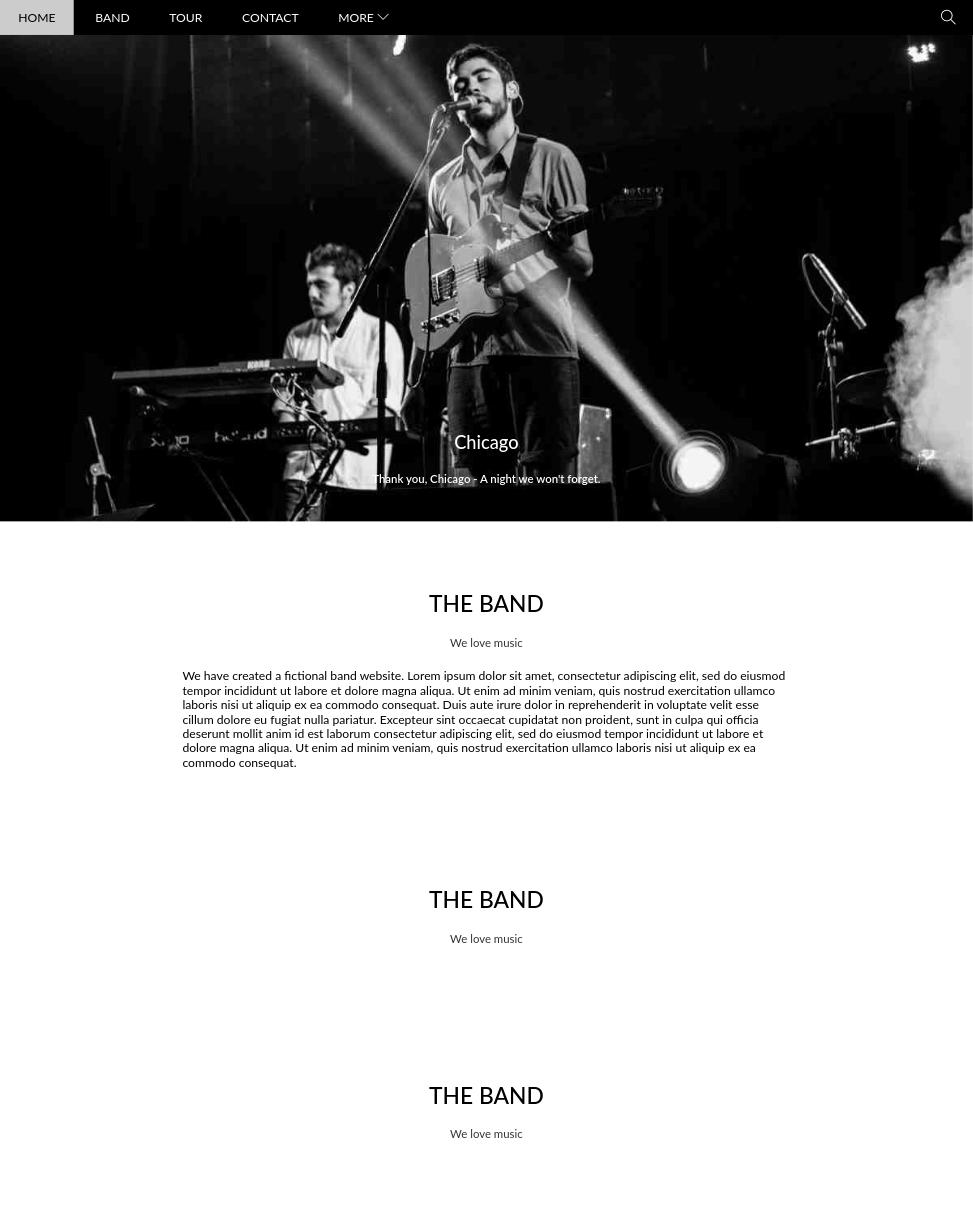
Repository: tatvanhco/web-dau-tay
Page: index.html
These files come from the project's save history. The page is drawn as it stood at one moment and after the next save; the edit follows.
The browser window is 1280 px wide. The pictures show the whole page, at 76% of full size.

Above is the page before, as saved 2022-01-23 18:22:23.

After the next save:
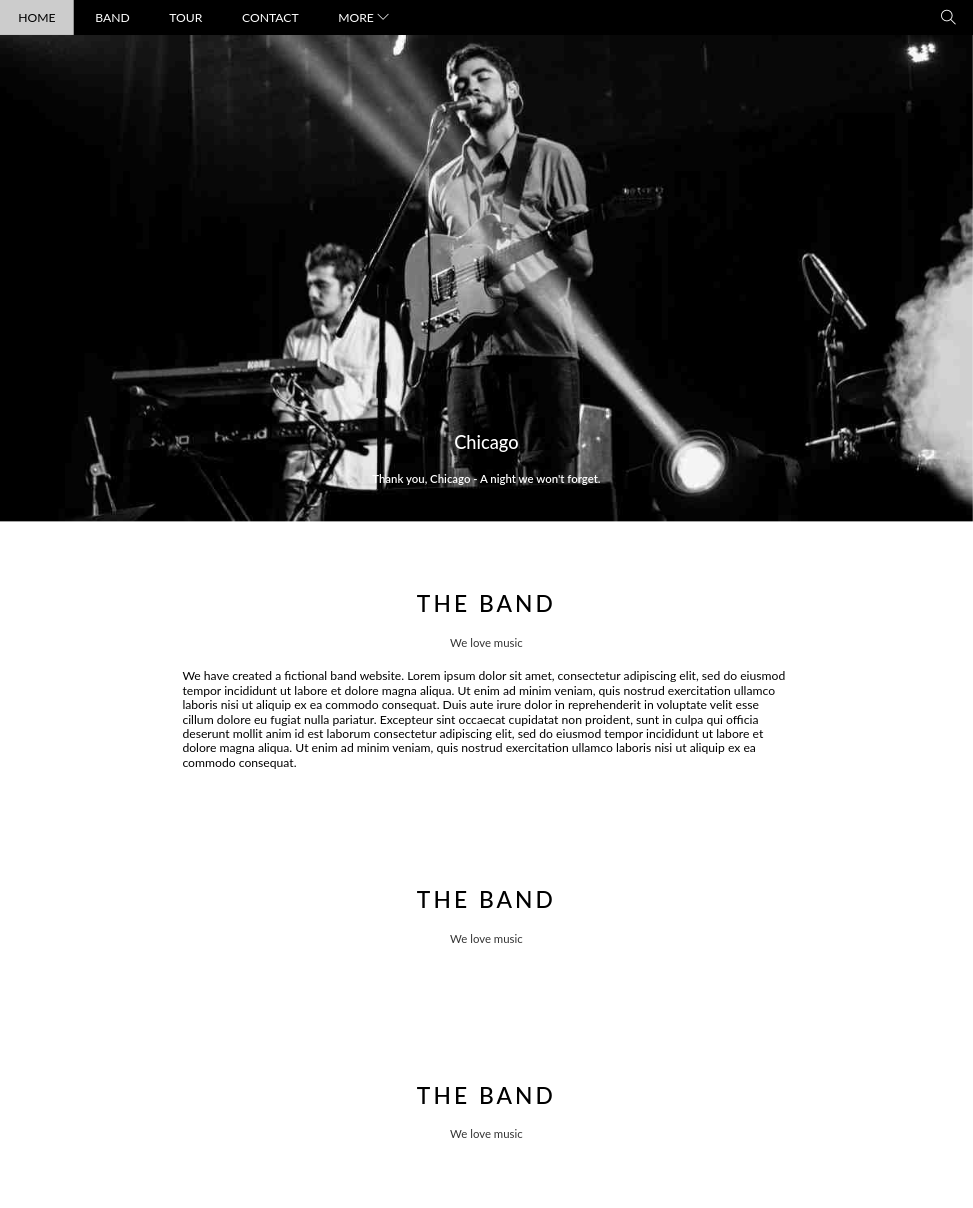
Saved 37 s later.
--- a/assets/css/style.css
+++ b/assets/css/style.css
@@ -135,6 +135,7 @@ body {
 #content .section-heading {
     font-size: 30px;
     font-weight: 500;
+    letter-spacing: 4px;
 }
 
 #content .section-sub-heading {
